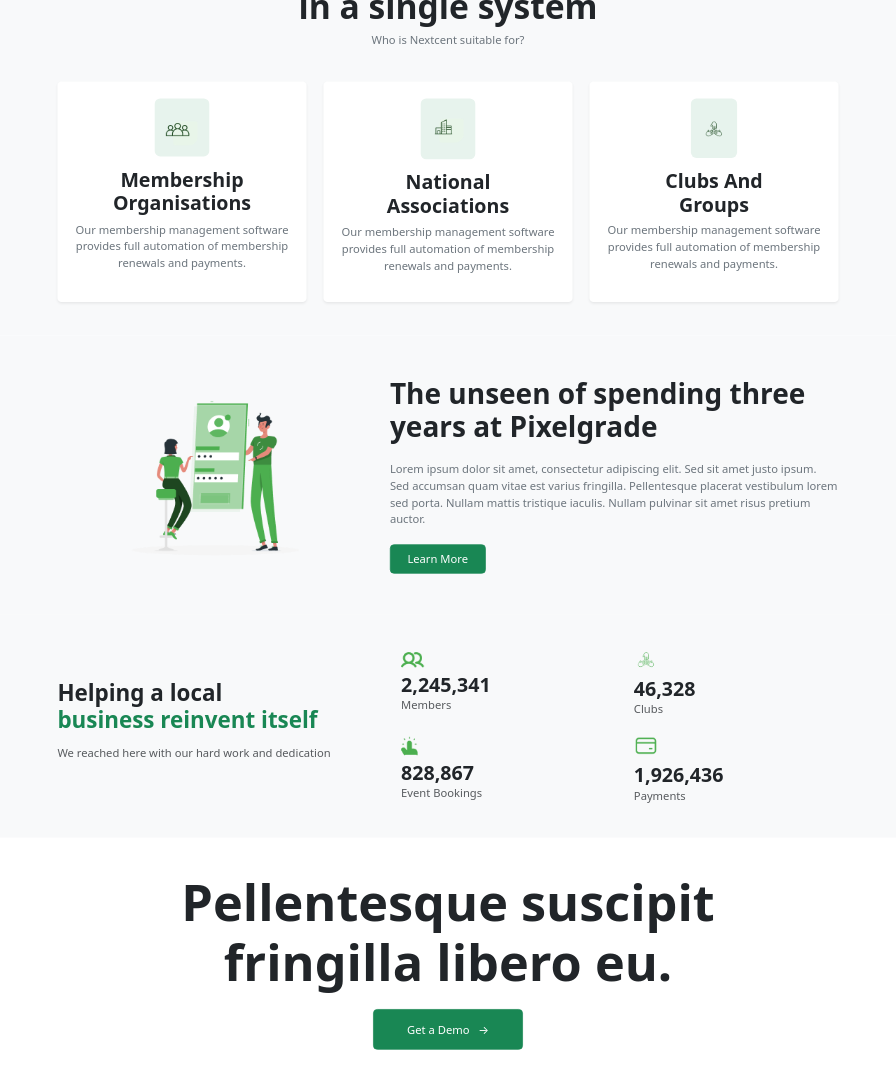
Repository: Laibaaa10/Bootstrap1
Page: index.html
The author's editor kept a copy of each file at every save. The page is drawn from the files as they stood at one save, then again after a run of saves.
The browser window is 1280 px wide. The pictures show the part of the page from y = 701 to 2621 px (the page is 2249 px tall before and 2621 px after), at 70% of full size.

Above is the page before, as saved 2026-06-18 08:18:09.

### index.html
<!DOCTYPE html>
<html lang="en">

<head>
    <meta charset="UTF-8">
    <meta name="viewport" content="width=device-width, initial-scale=1.0">
    <title>Navbar</title>
    <link href="https://cdn.jsdelivr.net/npm/bootstrap@5.3.3/dist/css/bootstrap.min.css" rel="stylesheet">
    <link rel="stylesheet" href="style.css">
</head>

<body>
    <!-- Navbar start  -->
     <nav class="navbar navbar-expand-lg bg-white shadow-sm py-3">
    <div class="container">

        <a class="navbar-brand" href="#">
            <img src="./images/Logo.png" alt="Logo" class="img-fluid">
        </a>

        <button class="navbar-toggler" type="button"
            data-bs-toggle="collapse"
            data-bs-target="#navbarContent">
            <span class="navbar-toggler-icon"></span>
        </button>

        <div class="collapse navbar-collapse" id="navbarContent">

            <ul class="navbar-nav mx-auto">
                <li class="nav-item">
                    <a class="nav-link fw-semibold" href="#">Home</a>
                </li>

                <li class="nav-item">
                    <a class="nav-link fw-semibold" href="#">Features</a>
                </li>

                <li class="nav-item">
                    <a class="nav-link fw-semibold" href="#">Community</a>
                </li>

                <li class="nav-item">
                    <a class="nav-link fw-semibold" href="#">Blog</a>
                </li>

                <li class="nav-item">
                    <a class="nav-link fw-semibold" href="#">Pricing</a>
                </li>
            </ul>

            <a href="#" class="btn btn-success px-4">
                Register Now →
            </a>

        </div>
    </div>
</nav>
    <!-- Navbar end -->

    <!-- Hero section start  -->
     <section class="container py-5">
    <div class="row flex-lg-row-reverse align-items-center g-5">

        <div class="col-10 col-sm-8 col-lg-6 mx-auto">
            <img src="./images/Illustration.png"
                class="d-block mx-lg-auto img-fluid"
                alt="Hero Image">
        </div>

        <div class="col-lg-6">

            <h1 class="display-4 fw-bold text-dark">
                Lessons and insights
            </h1>

            <h1 class="display-4 fw-bold text-success">
                from 8 years
            </h1>

            <p class="lead text-secondary my-4">
                Where to grow your business as a photographer:
                site or social media?
            </p>

            <a href="#" class="btn btn-success px-4 py-2">
                Register
            </a>

        </div>

    </div>
</section>
<!-- Hero section end -->

             <section class="py-5 bg-light">
    <div class="container">

        <div class="text-center mb-5">
            <h1 class="fw-bold display-5 text-dark">
                Manage your entire community <br>
                in a single system
            </h1>

            <p class="text-secondary">
                Who is Nextcent suitable for?
            </p>
        </div>

        <div class="row g-4">
            <div class="col-md-4">
                <div class="card border-0 shadow-sm h-100 text-center p-4">

                    <div class="mx-auto bg-success bg-opacity-10 rounded-3 p-3 mb-3">
                        <img src="./images/Icon.png" alt="Illustration" class="img-fluid">
                        <i class="bi bi-people fs-2 text-success"></i>
                    </div>

                    <h3 class="fw-bold">
                        Membership <br> Organisations
                    </h3>

                    <p class="text-secondary">
                        Our membership management software provides full automation of membership renewals and payments.
                    </p>

                </div>
            </div>
            <div class="col-md-4">
                <div class="card border-0 shadow-sm h-100 text-center p-4">

                    <div class="mx-auto bg-success bg-opacity-10 rounded-3 p-3 mb-3">
                        <img src="./images/Icon (4).png" alt="Illustration" class="img-fluid mb-2">
                        <i class="bi bi-building fs-2 text-success"></i>
                    </div>

                    <h3 class="fw-bold">
                        National <br> Associations
                    </h3>

                    <p class="text-secondary">
                        Our membership management software provides full automation of membership renewals and payments.
                    </p>

                </div>
            </div>
            <div class="col-md-4">
                <div class="card border-0 shadow-sm h-100 text-center p-4">

                    <div class="mx-auto bg-success bg-opacity-10 rounded-3 p-3 mb-3">
                         <img src="./images/Icon (5).png" alt="Illustration" class="img-fluid mb-2">
                        <i class="bi bi-diagram-3 fs-2 text-success"></i>
                    </div>

                    <h3 class="fw-bold">
                        Clubs And <br> Groups
                    </h3>

                    <p class="text-secondary">
                        Our membership management software provides full automation of membership renewals and payments.
                    </p>

                </div>
            </div>

        </div>

    </div>

</section>

<section class="bg-light py-5">
    <div class="container">
        <div class="row align-items-center">
            <div class="col-lg-5 text-center mb-4 mb-lg-0">
                <img src="./images/Frame 35.png" alt="Illustration"
                     class="img-fluid">
            </div>

            <div class="col-lg-7">
                <h1 class="fw-bold text-dark mb-4">
                    The unseen of spending three years at Pixelgrade
                </h1>

                <p class="text-secondary mb-4">
                    Lorem ipsum dolor sit amet, consectetur adipiscing elit.
                    Sed sit amet justo ipsum. Sed accumsan quam vitae est
                    varius fringilla. Pellentesque placerat vestibulum lorem
                    sed porta. Nullam mattis tristique iaculis. Nullam pulvinar
                    sit amet risus pretium auctor.
                </p>

                <button class="btn btn-success px-4 py-2">
                    Learn More
                </button>
            </div>

        </div>
    </div>
</section>

<!-- Stats Section Start -->
<section class="bg-light py-5">
    <div class="container">
        <div class="row align-items-center">

            <div class="col-lg-5">
                <h2 class="fw-bold text-dark">
                    Helping a local <br>
                    <span class="text-success">business reinvent itself</span>
                </h2>
                <p class="text-muted mt-3">
                    We reached here with our hard work and dedication
                </p>
            </div>
            <div class="col-lg-7">
                <div class="row g-4">

                    <div class="col-md-6 d-flex align-items-center">
                        <i class="fa-solid fa-users text-success fs-1 me-3"></i>
                        <div>
                            <img src="./images/Vector.png" alt="Illustration" class="img-fluid mb-2">
                            <h3 class="fw-bold mb-0">2,245,341</h3>
                            <p class="text-muted mb-0">Members</p>
                        </div>
                    </div>

                    <div class="col-md-6 d-flex align-items-center">
                        <i class="fa-solid fa-handshake text-success fs-1 me-3"></i>
                        <div>
                            <img src="./images/Icon (1).png" alt="Illustration" class="img-fluid mb-2">
                            <h3 class="fw-bold mb-0">46,328</h3>
                            <p class="text-muted mb-0">Clubs</p>
                        </div>
                    </div>

                    <div class="col-md-6 d-flex align-items-center">
                        <i class="fa-solid fa-calendar-check text-success fs-1 me-3"></i>
                        <div>
                            <img src="./images/Vector (1).png" alt="Illustration" class="img-fluid mb-2">
                            <h3 class="fw-bold mb-0">828,867</h3>
                            <p class="text-muted mb-0">Event Bookings</p>
                        </div>
                    </div>

                    <div class="col-md-6 d-flex align-items-center">
                        <i class="fa-regular fa-credit-card text-success fs-1 me-3"></i>
                        <div>
                            <img src="./images/Icon (2).png" alt="Illustration" class="img-fluid mb-2">
                            <h3 class="fw-bold mb-0">1,926,436</h3>
                            <p class="text-muted mb-0">Payments</p>
                        </div>
                    </div>

                </div>
            </div>

        </div>
    </div>
</section>
<!-- Stats Section End -->

<!--Demo Section Start-->
<section class="py-5 text-center">
    <div class="container">
        <h1 class="display-2 fw-bold text-dark mb-4">
            Pellentesque suscipit <br>
            fringilla libero eu.
        </h1>

        <button class="btn btn-success px-5 py-3">
            Get a Demo &nbsp; →
        </button>
    </div>
</section>
<!--Demo Section End-->

</body>
</html>
        <script src="https://cdn.jsdelivr.net/npm/bootstrap@5.3.3/dist/js/bootstrap.bundle.min.js"></script>

</body>

</html>

Loaded but not shown: style.css (no stored copy; drawn as an empty file)

After the next 2 saves:
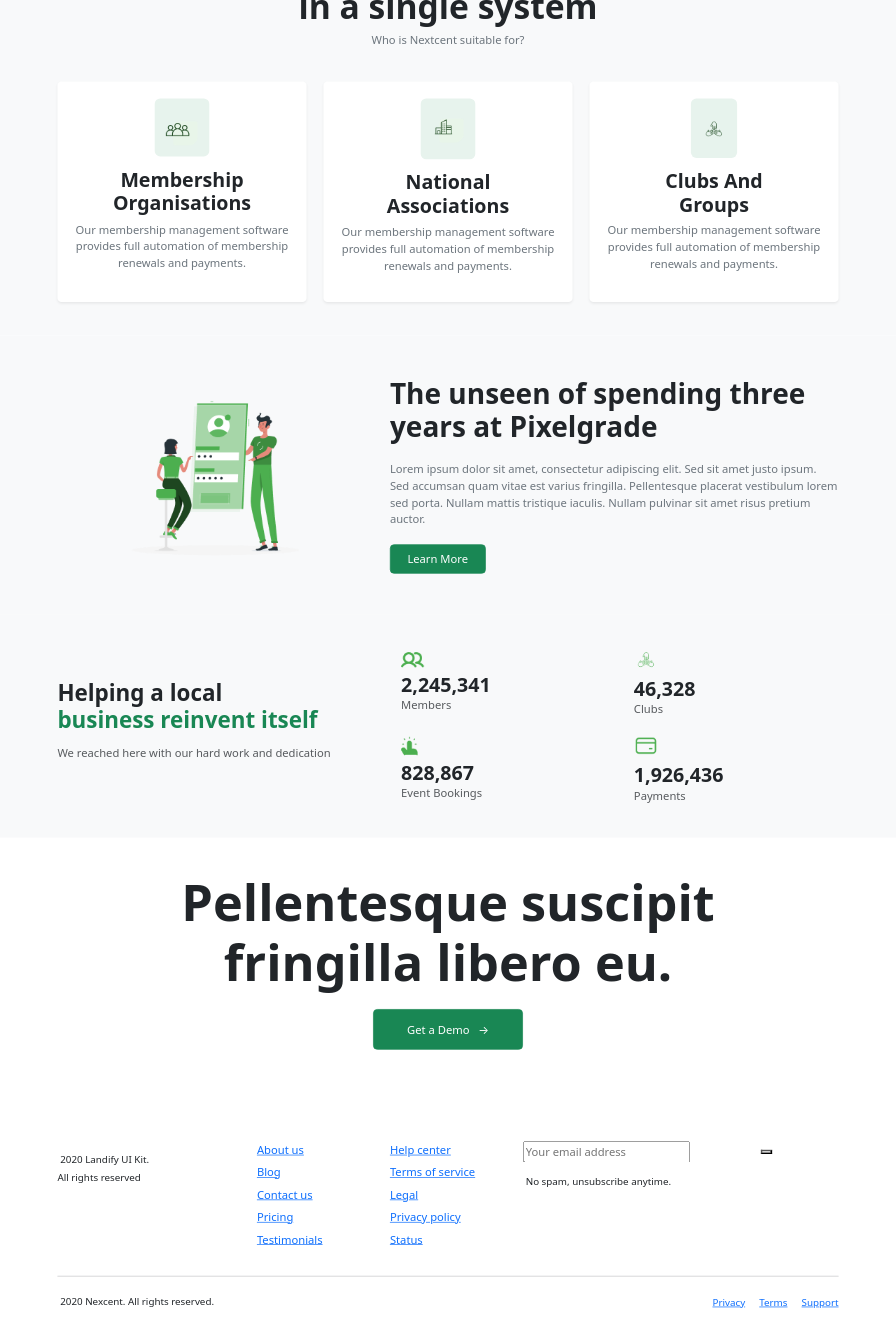
The 2 saves are shown as one change because they came seconds apart.
The last was saved 2 min 25 s later.
--- a/index.html
+++ b/index.html
@@ -274,6 +274,100 @@
 </section>
 <!--Demo Section End-->
 
+<!-- Footer - 100% Bootstrap classes except for colors and hover effects -->
+    <footer class="bg-footer text-footer-muted w-100">
+        <div class="container py-5">
+            <div class="row g-4">
+                <!-- Column 1: Nexcent Brand -->
+                <div class="col-lg-3 col-md-6">
+                    <h2 class="text-white fw-bold mb-3" style="font-size: 1.8rem;">
+                        Nexcent
+                    </h2>
+                    <p class="text-footer-muted small mb-1">
+                        <i class="far fa-copyright me-1"></i> 2020 Landify UI Kit.
+                    </p>
+                    <p class="text-footer-muted small">All rights reserved</p>
+                    <!-- Social Icons (optional) -->
+                    <div class="mt-3">
+                        <a href="#" class="text-footer-muted me-3 footer-link">
+                            <i class="fab fa-instagram fa-lg"></i>
+                        </a>
+                        <a href="#" class="text-footer-muted me-3 footer-link">
+                            <i class="fab fa-dribbble fa-lg"></i>
+                        </a>
+                        <a href="#" class="text-footer-muted me-3 footer-link">
+                            <i class="fab fa-twitter fa-lg"></i>
+                        </a>
+                        <a href="#" class="text-footer-muted footer-link">
+                            <i class="fab fa-youtube fa-lg"></i>
+                        </a>
+                    </div>
+                </div>
+
+                <!-- Column 2: Company -->
+                <div class="col-lg-2 col-md-6">
+                    <h6 class="text-white fw-semibold mb-3">Company</h6>
+                    <ul class="list-unstyled">
+                        <li class="mb-2"><a href="#" class="footer-link">About us</a></li>
+                        <li class="mb-2"><a href="#" class="footer-link">Blog</a></li>
+                        <li class="mb-2"><a href="#" class="footer-link">Contact us</a></li>
+                        <li class="mb-2"><a href="#" class="footer-link">Pricing</a></li>
+                        <li class="mb-2"><a href="#" class="footer-link">Testimonials</a></li>
+                    </ul>
+                </div>
+
+                <!-- Column 3: Support -->
+                <div class="col-lg-2 col-md-6">
+                    <h6 class="text-white fw-semibold mb-3">Support</h6>
+                    <ul class="list-unstyled">
+                        <li class="mb-2"><a href="#" class="footer-link">Help center</a></li>
+                        <li class="mb-2"><a href="#" class="footer-link">Terms of service</a></li>
+                        <li class="mb-2"><a href="#" class="footer-link">Legal</a></li>
+                        <li class="mb-2"><a href="#" class="footer-link">Privacy policy</a></li>
+                        <li class="mb-2"><a href="#" class="footer-link">Status</a></li>
+                    </ul>
+                </div>
+
+                <!-- Column 4: Stay up to date (Newsletter) -->
+                <div class="col-lg-4 col-md-6">
+                    <h6 class="text-white fw-semibold mb-3">Stay up to date</h6>
+                    <div class="d-flex align-items-center position-relative">
+                        <input
+                            type="email"
+                            class="newsletter-input"
+                            placeholder="Your email address"
+                            aria-label="Email address"
+                        >
+                        <button class="btn-send position-absolute end-0" type="button">
+                            <i class="fas fa-paper-plane"></i>
+                        </button>
+                    </div>
+                    <!-- small note (optional) -->
+                    <p class="text-footer-muted small mt-3">
+                        <i class="far fa-envelope me-1"></i> No spam, unsubscribe anytime.
+                    </p>
+                </div>
+            </div>
+
+            <!-- Bottom divider & copyright -->
+            <hr class="border-footer my-4">
+            <div class="row align-items-center">
+                <div class="col-md-6 text-center text-md-start">
+                    <p class="text-footer-muted small mb-0">
+                        <i class="far fa-copyright me-1"></i> 2020 Nexcent. All rights reserved.
+                    </p>
+                </div>
+                <div class="col-md-6 text-center text-md-end">
+                    <a href="#" class="footer-link me-3 small">Privacy</a>
+                    <a href="#" class="footer-link me-3 small">Terms</a>
+                    <a href="#" class="footer-link small">Support</a>
+                </div>
+            </div>
+        </div>
+    </footer>
+
+    <!-- Bootstrap JS (optional, for any toggles) -->
+
 </body>
 </html>
         <script src="https://cdn.jsdelivr.net/npm/bootstrap@5.3.3/dist/js/bootstrap.bundle.min.js"></script>

After the save that followed:
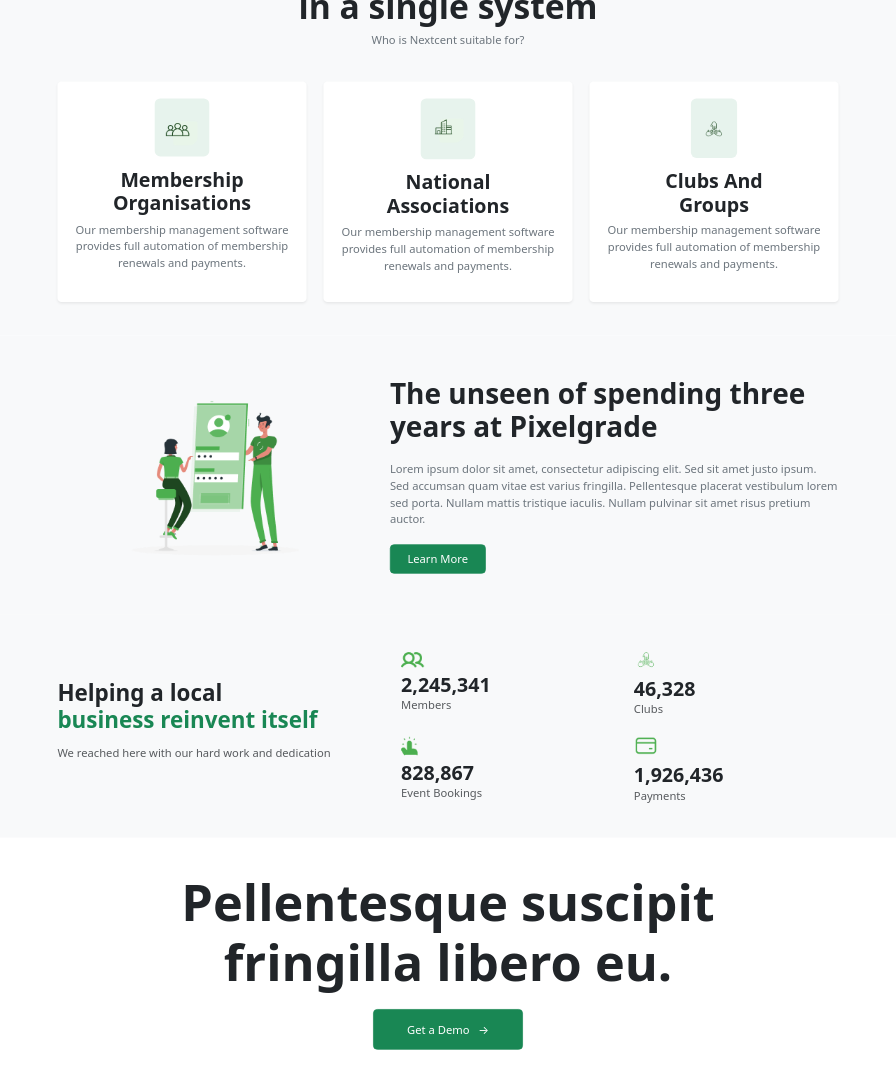
Saved 18 s later.
--- a/index.html
+++ b/index.html
@@ -274,99 +274,7 @@
 </section>
 <!--Demo Section End-->
 
-<!-- Footer - 100% Bootstrap classes except for colors and hover effects -->
-    <footer class="bg-footer text-footer-muted w-100">
-        <div class="container py-5">
-            <div class="row g-4">
-                <!-- Column 1: Nexcent Brand -->
-                <div class="col-lg-3 col-md-6">
-                    <h2 class="text-white fw-bold mb-3" style="font-size: 1.8rem;">
-                        Nexcent
-                    </h2>
-                    <p class="text-footer-muted small mb-1">
-                        <i class="far fa-copyright me-1"></i> 2020 Landify UI Kit.
-                    </p>
-                    <p class="text-footer-muted small">All rights reserved</p>
-                    <!-- Social Icons (optional) -->
-                    <div class="mt-3">
-                        <a href="#" class="text-footer-muted me-3 footer-link">
-                            <i class="fab fa-instagram fa-lg"></i>
-                        </a>
-                        <a href="#" class="text-footer-muted me-3 footer-link">
-                            <i class="fab fa-dribbble fa-lg"></i>
-                        </a>
-                        <a href="#" class="text-footer-muted me-3 footer-link">
-                            <i class="fab fa-twitter fa-lg"></i>
-                        </a>
-                        <a href="#" class="text-footer-muted footer-link">
-                            <i class="fab fa-youtube fa-lg"></i>
-                        </a>
-                    </div>
-                </div>
-
-                <!-- Column 2: Company -->
-                <div class="col-lg-2 col-md-6">
-                    <h6 class="text-white fw-semibold mb-3">Company</h6>
-                    <ul class="list-unstyled">
-                        <li class="mb-2"><a href="#" class="footer-link">About us</a></li>
-                        <li class="mb-2"><a href="#" class="footer-link">Blog</a></li>
-                        <li class="mb-2"><a href="#" class="footer-link">Contact us</a></li>
-                        <li class="mb-2"><a href="#" class="footer-link">Pricing</a></li>
-                        <li class="mb-2"><a href="#" class="footer-link">Testimonials</a></li>
-                    </ul>
-                </div>
-
-                <!-- Column 3: Support -->
-                <div class="col-lg-2 col-md-6">
-                    <h6 class="text-white fw-semibold mb-3">Support</h6>
-                    <ul class="list-unstyled">
-                        <li class="mb-2"><a href="#" class="footer-link">Help center</a></li>
-                        <li class="mb-2"><a href="#" class="footer-link">Terms of service</a></li>
-                        <li class="mb-2"><a href="#" class="footer-link">Legal</a></li>
-                        <li class="mb-2"><a href="#" class="footer-link">Privacy policy</a></li>
-                        <li class="mb-2"><a href="#" class="footer-link">Status</a></li>
-                    </ul>
-                </div>
-
-                <!-- Column 4: Stay up to date (Newsletter) -->
-                <div class="col-lg-4 col-md-6">
-                    <h6 class="text-white fw-semibold mb-3">Stay up to date</h6>
-                    <div class="d-flex align-items-center position-relative">
-                        <input
-                            type="email"
-                            class="newsletter-input"
-                            placeholder="Your email address"
-                            aria-label="Email address"
-                        >
-                        <button class="btn-send position-absolute end-0" type="button">
-                            <i class="fas fa-paper-plane"></i>
-                        </button>
-                    </div>
-                    <!-- small note (optional) -->
-                    <p class="text-footer-muted small mt-3">
-                        <i class="far fa-envelope me-1"></i> No spam, unsubscribe anytime.
-                    </p>
-                </div>
-            </div>
-
-            <!-- Bottom divider & copyright -->
-            <hr class="border-footer my-4">
-            <div class="row align-items-center">
-                <div class="col-md-6 text-center text-md-start">
-                    <p class="text-footer-muted small mb-0">
-                        <i class="far fa-copyright me-1"></i> 2020 Nexcent. All rights reserved.
-                    </p>
-                </div>
-                <div class="col-md-6 text-center text-md-end">
-                    <a href="#" class="footer-link me-3 small">Privacy</a>
-                    <a href="#" class="footer-link me-3 small">Terms</a>
-                    <a href="#" class="footer-link small">Support</a>
-                </div>
-            </div>
-        </div>
-    </footer>
-
-    <!-- Bootstrap JS (optional, for any toggles) -->
+
 
 </body>
 </html>
